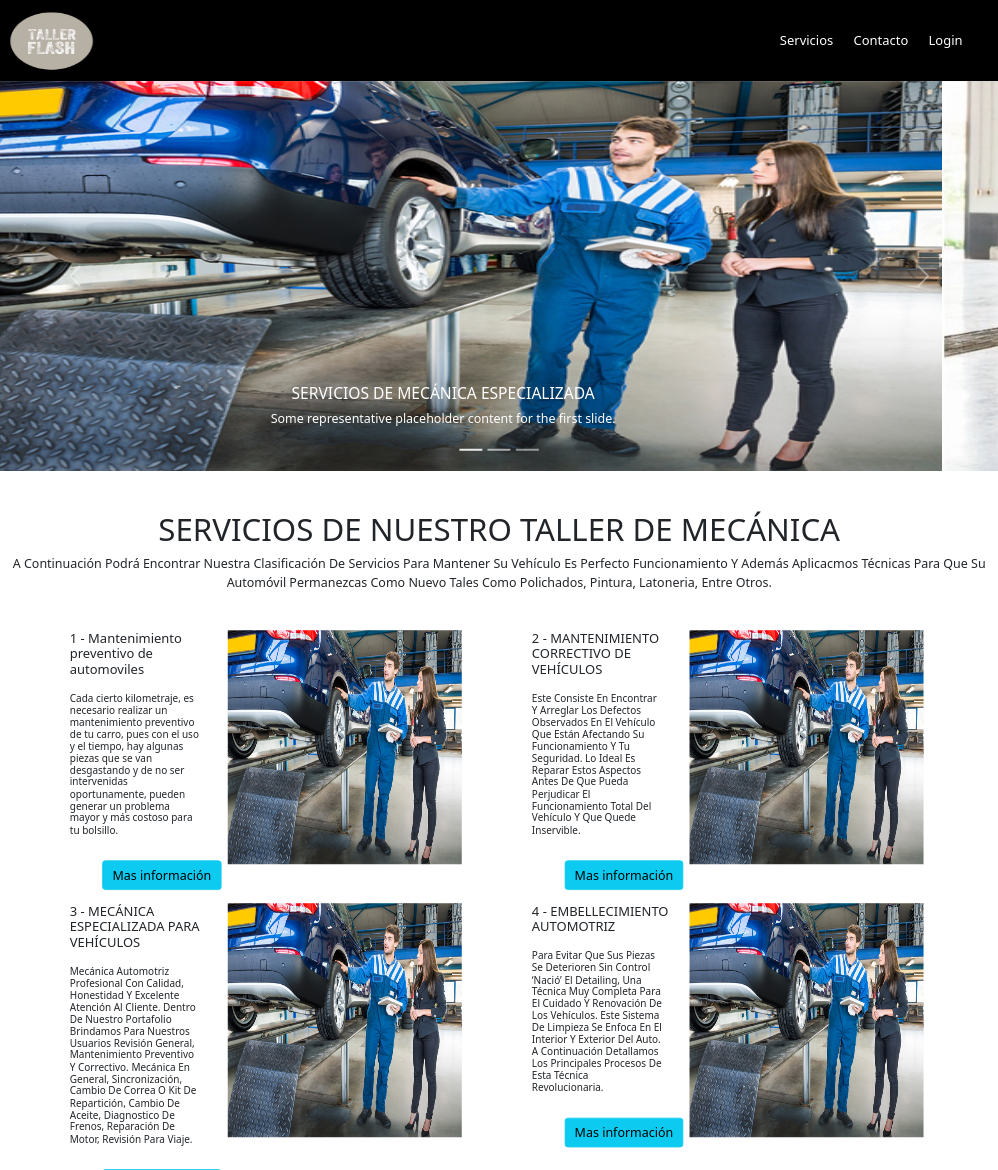
Repository: nder1996/Boostrap.Taller.Arquitectura
Page: Index.html
These files come from the project's save history. The page is drawn as it stood at one moment and after the next save; the edit follows.
The browser window is 1280 px wide. The pictures show the whole page, at 78% of full size.

Above is the page before, as saved 2021-07-23 07:06:19.

After the next save:
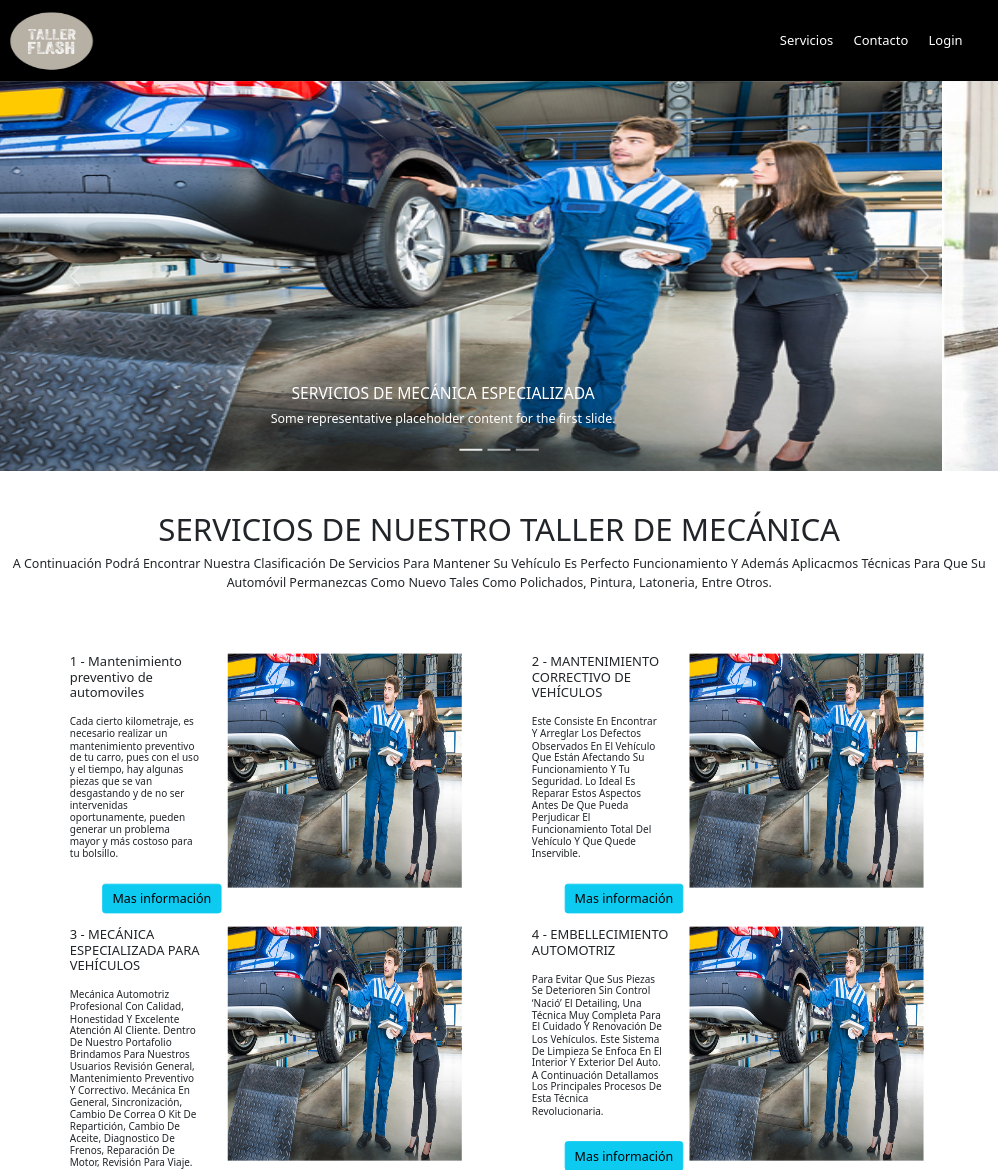
Saved 8 s later.
--- a/css/style.css
+++ b/css/style.css
@@ -37,7 +37,7 @@ nav li a{
     position: relative;
     text-align: center;
     margin-top: 50px;
-    margin-bottom: 50px;
+    margin-bottom: 80px;
 }
 
 .Servicios{
